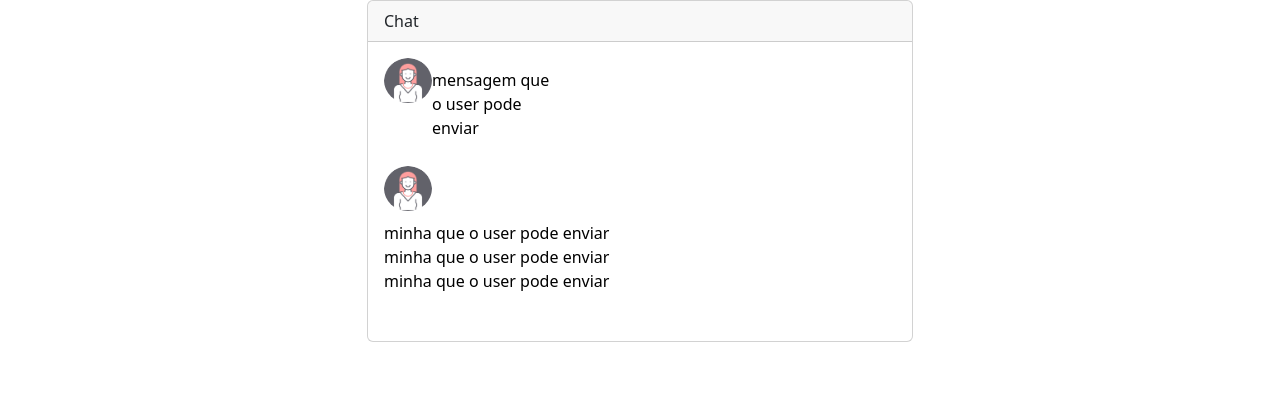
Repository: joaobatistafrontend/pref
Page: templates/chat_meninas copy.html
The author's editor kept a copy of each file at every save. The page is drawn from the files as they stood at one save, then again after a run of saves.
The browser window is 1280 px wide. The pictures show the whole page.
The page is served by the project's application, run on Django 4.2 (manage.py). Other server files are loaded and not shown. The template is opened directly, without the code that normally fills it, so the values that code supplies are empty.

Above is the page before, as saved 2024-07-29 16:40:21.

### templates/chat_meninas copy.html
<!DOCTYPE html>
<html lang="pt-br">

<head>
    <meta charset="UTF-8">
    <meta name="viewport" content="width=device-width, initial-scale=1.0">
    <link rel="stylesheet" href="chatMulher.css">

    <link href="https://cdn.jsdelivr.net/npm/bootstrap@5.3.3/dist/css/bootstrap.min.css" rel="stylesheet"
    integrity="sha384-QWTKZyjpPEjISv5WaRU9OFeRpok6YctnYmDr5pNlyT2bRjXh0JMhjY6hW+ALEwIH" crossorigin="anonymous">
<script src="https://cdn.jsdelivr.net/npm/bootstrap@5.3.3/dist/js/bootstrap.bundle.min.js"
    integrity="sha384-YvpcrYf0tY3lHB60NNkmXc5s9fDVZLESaAA55NDzOxhy9GkcIdslK1eN7N6jIeHz"
    crossorigin="anonymous"></script>
    <title>Chat</title>
</head>

<body>
    <div class="container content">
        <div class="row">

            <div class="col-md-6 offset-3">
                <div class="card">
                    <div class="card-header">Chat</div>
                    <div class="card-body heigt-3">
                        <ul class="chat-list">
                            <li class="in">
                                <div class="chat-img">
                                    <img src="mulher.png" alt="">
                                </div>
                                <div class="chat-body">
                                    <div class="cha-message">
                                        <p>mensagem que o user pode enviar</p>
                                    </div>
                                </div>
                            </li>
                            <li class="out">
                                <div class="chat-img">
                                    <img src="mulher.png" alt="">
                                </div>
                                <div class="chat-body">
                                    <div class="cha-message">
                                        <p>minha que o user pode enviar
                                            minha que o user pode enviar
                                            minha que o user pode enviar
                                        </p>
                                    </div>
                                </div>
                            </li>
                        </ul>
                </div>
            </div>

        </div>
    </div>
</body>

</html>

### chatbot/urls.py

from django.contrib import admin
from django.urls import path, include

urlpatterns = [
    path('admin/', admin.site.urls),
    path('', include('chat_app.urls'))
]

### chat_app/urls.py

from django.contrib import admin
from django.urls import path, include
from .views import *

urlpatterns = [
    path("", IndexView.as_view(), name="index"),
    path("accounts/", include("django.contrib.auth.urls")),

    path("ask_question/", AskQuestionView.as_view(), name="ask_question"),

    path('chat_meninas', ChatRedirectView.as_view(), name='chat_meninas'),
    path('chat_bot/', ChatBotView.as_view(), name='chat_bot'),
    path('chat/<str:room_name>/', ChatRoomView.as_view(), name='chat_room'),
    path('chat/<str:room_name>/send/', ChatRoomView.as_view(), name='send_message'),

    path('cadastro', Cadastro.as_view(), name="cadastro")
]

### templates/chatMulher.css

.chat-list{
    padding: 0;

}
.chat-list li{
    margin-bottom: 10px;
    overflow: auto;
    color: black;
}
.chat-list .chat-img{
    float: left;
    width: 48px;
}
.chat-list .chat-img img{
    border-radius: 50%;
    width: 100%;
}
.chat-list .cha-message{
    display: inline-block;
    position: relative;
}
p{
    padding-top: 10px;
    padding-left: 4 px;
    width: 50%;

}

After the next 2 saves:
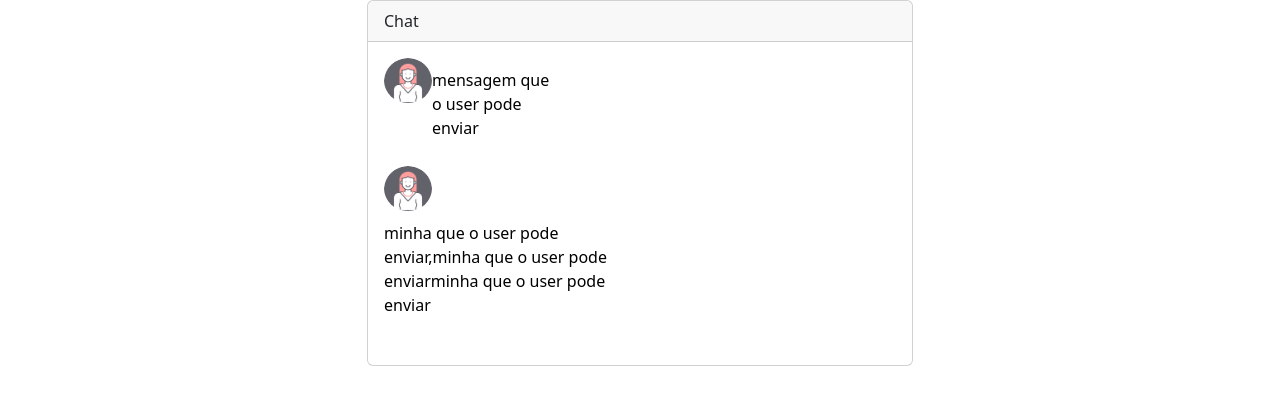
The 2 saves are shown as one change because they came seconds apart.
The last was saved 15 s later.
--- a/templates/chat_meninas copy.html
+++ b/templates/chat_meninas copy.html
@@ -39,9 +39,7 @@
                                 </div>
                                 <div class="chat-body">
                                     <div class="cha-message">
-                                        <p>minha que o user pode enviar
-                                            minha que o user pode enviar
-                                            minha que o user pode enviar
+                                        <p>minha que o user pode enviar,minha que o user pode enviarminha que o user pode enviar
                                         </p>
                                     </div>
                                 </div>
